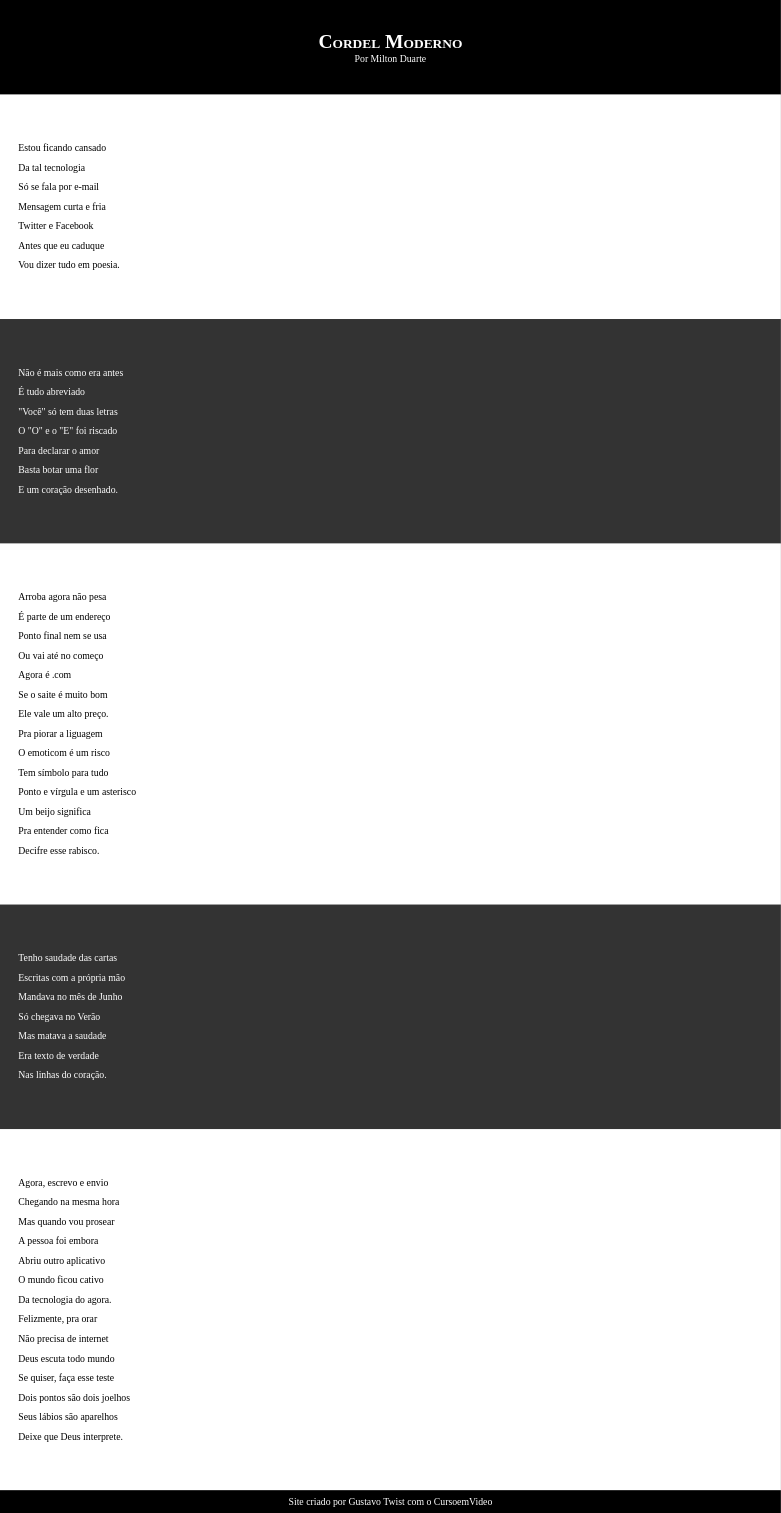
Repository: gustavotwist/projeto-cordel
Page: index.html
These files come from the project's save history. The page is drawn as it stood at one moment and after a run of saves; the edit follows.
The browser window is 1280 px wide. The pictures show the whole page, at 61% of full size.

Above is the page before, as saved 2024-04-19 17:21:50.

### index.html
<!DOCTYPE html>
<html lang="pt-br">
<head>
    <meta charset="UTF-8">
    <meta name="viewport" content="width=device-width, initial-scale=1.0">
    <title>Cordel Moderno</title>
    <link rel="stylesheet" href="estilo/style.css">
</head>
<body>
    <header>
        <h1>
            Cordel Moderno
        </h1>
        <p>
            Por <a href="https://www.recantodasletras.com.br/poesias/3186743" target="_blank">Milton Duarte</a>
        </p>
    </header>

    <section class="normal">
        <p>
            Estou ficando cansado <br>
            Da tal tecnologia <br>
            Só se fala por e-mail <br>
            Mensagem curta e fria <br>
            Twitter e Facebook <br>
            Antes que eu caduque <br>
            Vou dizer tudo em poesia.
        </p>
    </section>

    <section class="imagem">
        <p>
            Não é mais como era antes <br>
            É tudo abreviado <br>
            "Você" só tem duas letras <br>
            O "O" e o "E" foi riscado <br>
            Para declarar o amor <br>
            Basta botar uma flor <br>
            E um coração desenhado.
        </p>
    </section>

    <section class="normal">
        <p>
            Arroba agora não pesa <br>
            É parte de um endereço <br>
            Ponto final nem se usa <br>
            Ou vai até no começo <br>
            Agora é .com <br>
            Se o saite é muito bom <br>
            Ele vale um alto preço. <br>
        </p>

        <p>
            Pra piorar a liguagem <br>
            O emoticom é um risco <br>
            Tem símbolo para tudo <br>
            Ponto e vírgula e um asterisco <br>
            Um beijo significa <br>
            Pra entender como fica <br>
            Decifre esse rabisco.
        </p>
    </section>

    <section class="imagem">
        <p>
            Tenho saudade das cartas <br>
            Escritas com a própria mão <br>
            Mandava no mês de Junho <br>
            Só chegava no Verão <br>
            Mas matava a saudade <br>
            Era texto de verdade <br>
            Nas linhas do coração.
        </p>
    </section>

    <section class="normal">
        <p>
            Agora, escrevo e envio <br>
            Chegando na mesma hora <br>
            Mas quando vou prosear <br>
            A pessoa foi embora <br>
            Abriu outro aplicativo <br>
            O mundo ficou cativo <br>
            Da tecnologia do agora.
        </p>


        <p>
            Felizmente, pra orar <br>
            Não precisa de internet <br>
            Deus escuta todo mundo <br>
            Se quiser, faça esse teste <br>
            Dois pontos são dois joelhos <br>
            Seus lábios são aparelhos <br>
            Deixe que Deus interprete.
        </p>
    </section>

    <footer>
        <p>Site criado por <a href="https://github.com/gustavotwist" target="_blank">Gustavo Twist</a> com o <a href="https://www.cursoemvideo.com" target="_blank">CursoemVideo</a></p>
    </footer>
</body>
</html>

### estilo/style.css
@charset "UTF-8";

* {
    margin: 0px;
    padding: 0px;
}

html, body {
    min-height: 100vh;
    background-color: darkgray;
}

header {
    background-color: black;
    color: white;
    text-align: center;
}

header > h1 {
    padding-top: 50px;
    font-variant: small-caps;
}

header > p {
    padding-bottom: 50px;
}

header a, footer a {
    color: white;
    text-decoration: none;
}

header a:hover, footer a:hover {
    text-decoration: underline;
}

section {
    padding-top: 10vh;
    padding-bottom: 10vh;
    line-height: 2em;
    padding-left: 30px;
}

section.normal {
    background-color: white;
    color: black;
}

section.imagem {
    background-color: rgb(51, 51, 51);
    color: white;
}

footer {
    background-color: black;
    color: white;
    text-align: center;
    padding: 10px;
}

After the next 6 saves:
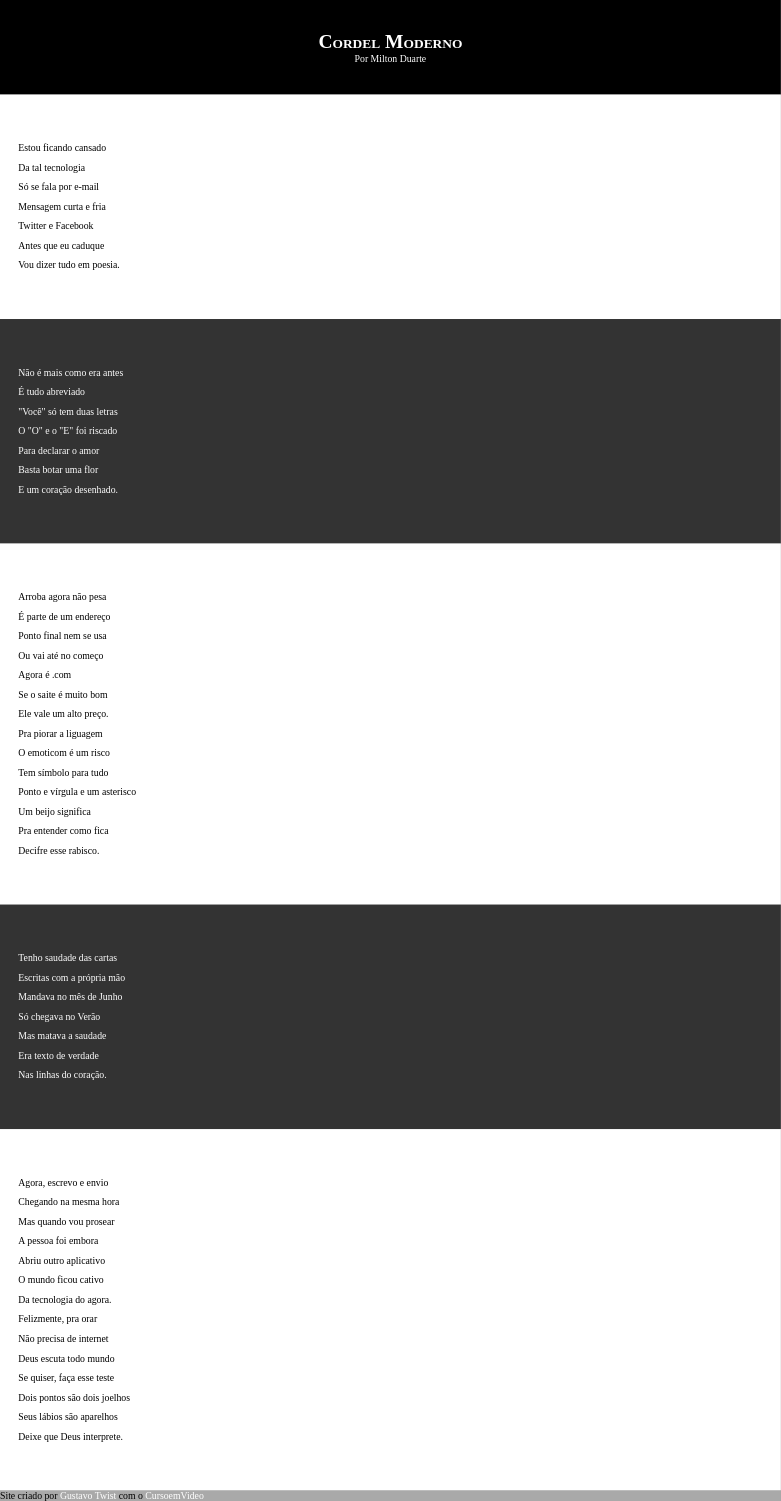
The 6 saves are shown as one change because they came seconds apart.
The last was saved 70 s later.
--- a/estilo/style.css
+++ b/estilo/style.css
@@ -51,6 +51,8 @@
     color: white;
 }
 
+section.imagem
+
 footer {
     background-color: black;
     color: white;

After the 2 saves that followed:
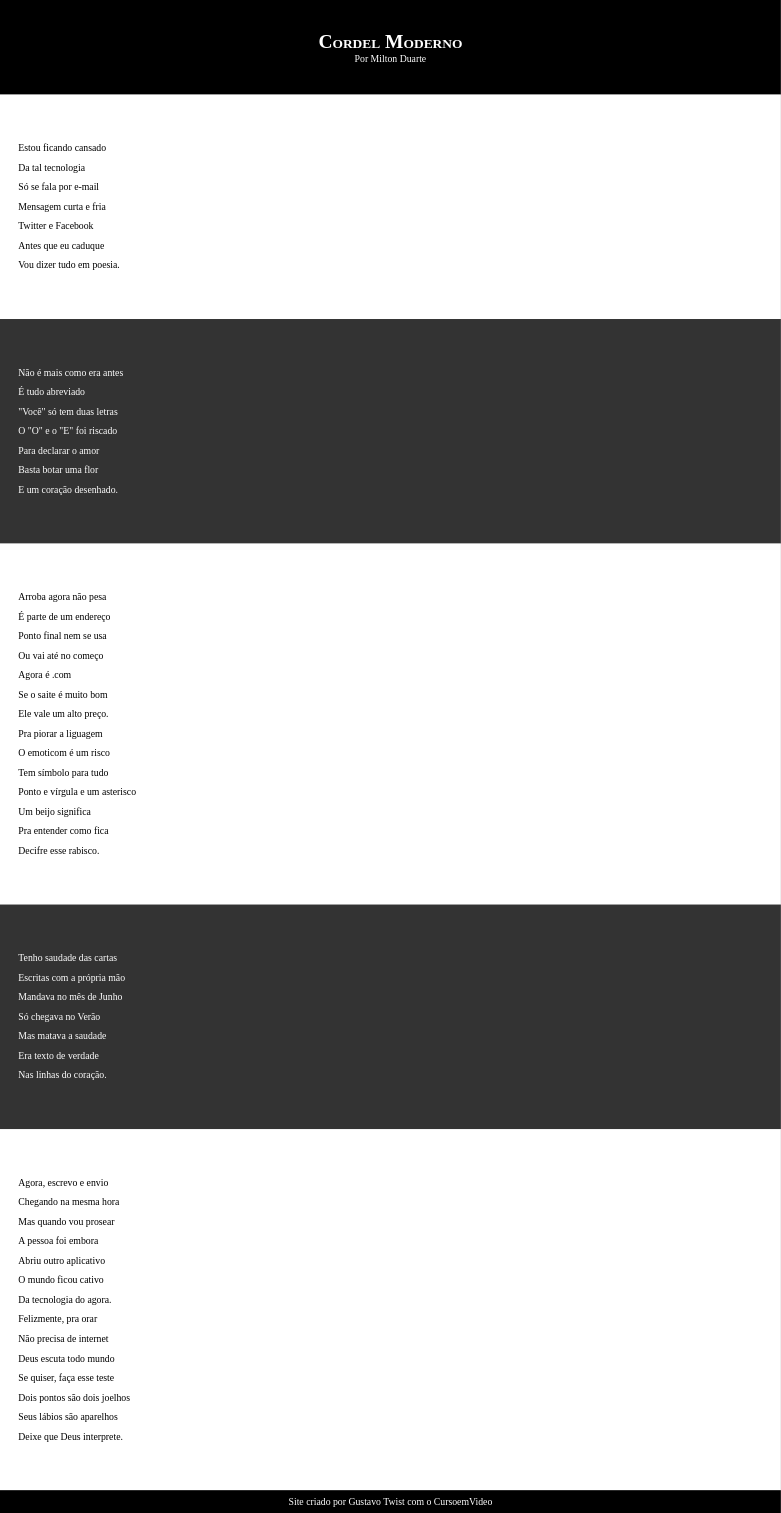
The 2 saves are shown as one change because they came seconds apart.
The last was saved 7 s later.
--- a/estilo/style.css
+++ b/estilo/style.css
@@ -51,7 +51,9 @@
     color: white;
 }
 
-section.imagem
+section.imagem > p {
+
+}
 
 footer {
     background-color: black;
